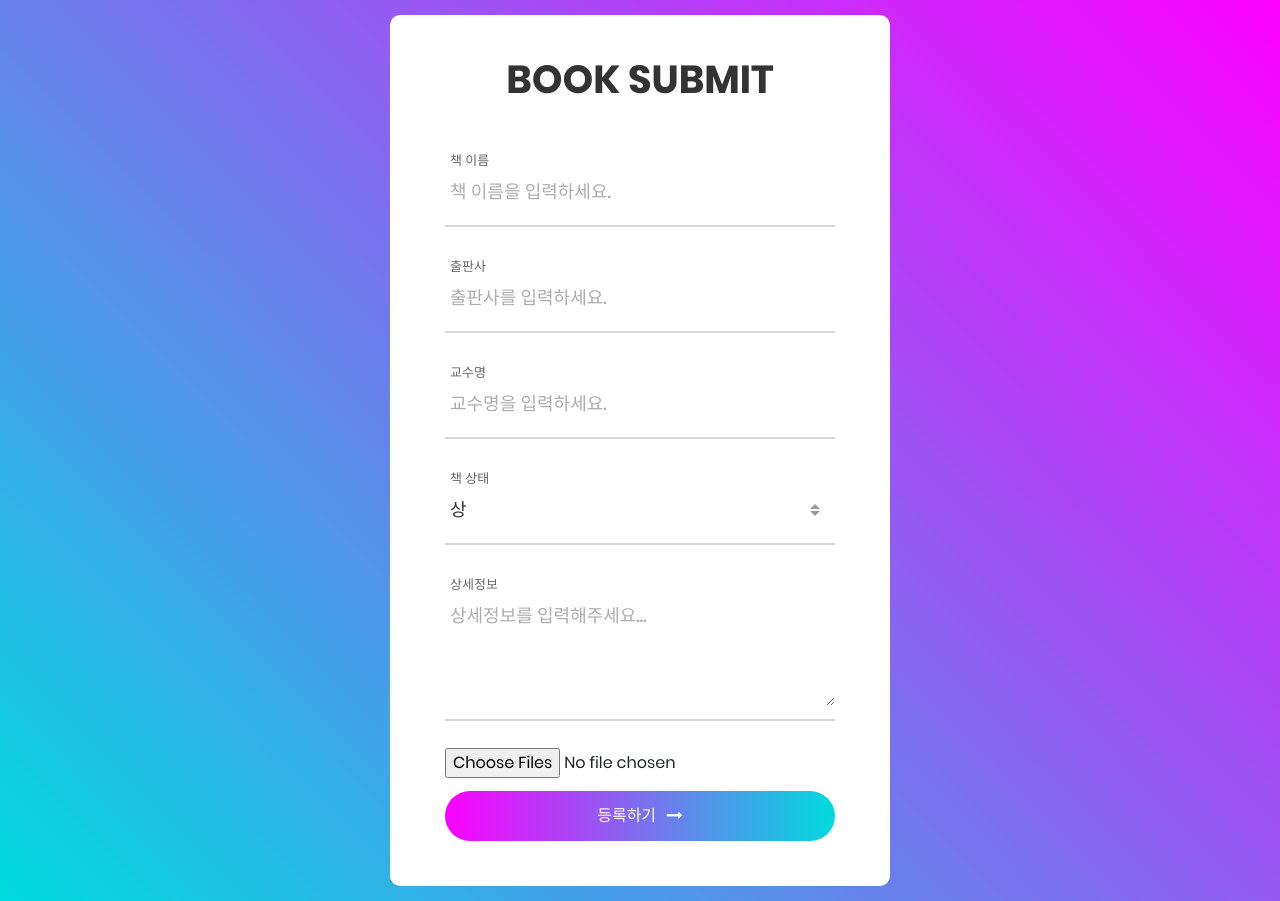
Repository: charmingjae/swproject
Page: http://localhost/bookBoard/ContactFrom_v4/write.jsp
These files come from the project's save history. The page is drawn as it stood at one moment and after the next save; the edit follows.
The browser window is 1280 px wide. The pictures show the whole page.
The page is served by Tomcat 9.

Above is the page before, as saved 2019-12-18 06:45:35.

After the next save:
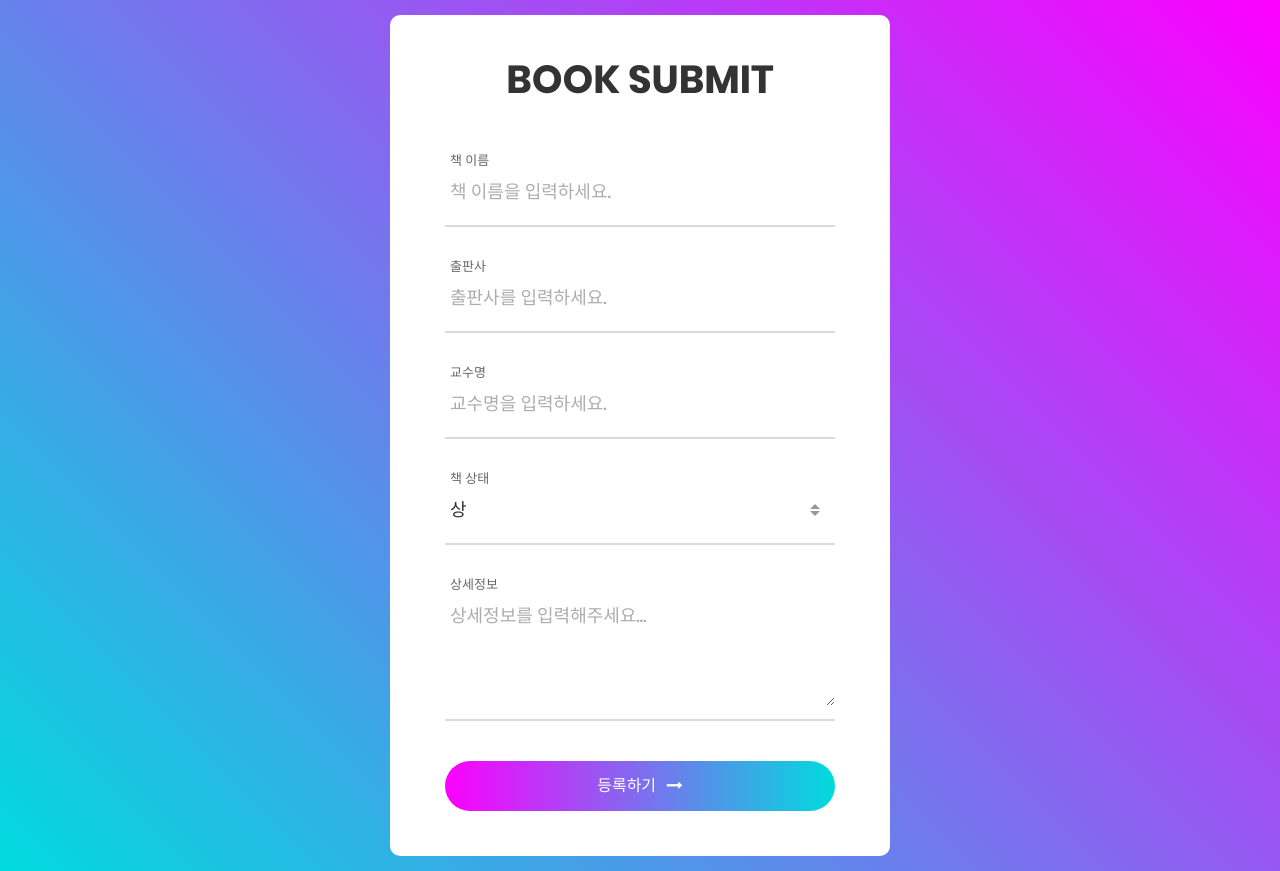
Saved 63 s later.
--- a/JSP/bookBoard/bookBoard/WebContent/ContactFrom_v4/write.jsp
+++ b/JSP/bookBoard/bookBoard/WebContent/ContactFrom_v4/write.jsp
@@ -85,10 +85,7 @@
 					<span class="focus-input100"></span>
 				</div>
 
-				<div class="custom-file-upload">
-				    <!--<label for="file">File: </label>-->
-				    <input type="file" id="file" name="myfiles[]" multiple />
-				</div>
+
 
 				<div class="container-contact100-form-btn">
 					<div class="wrap-contact100-form-btn">
